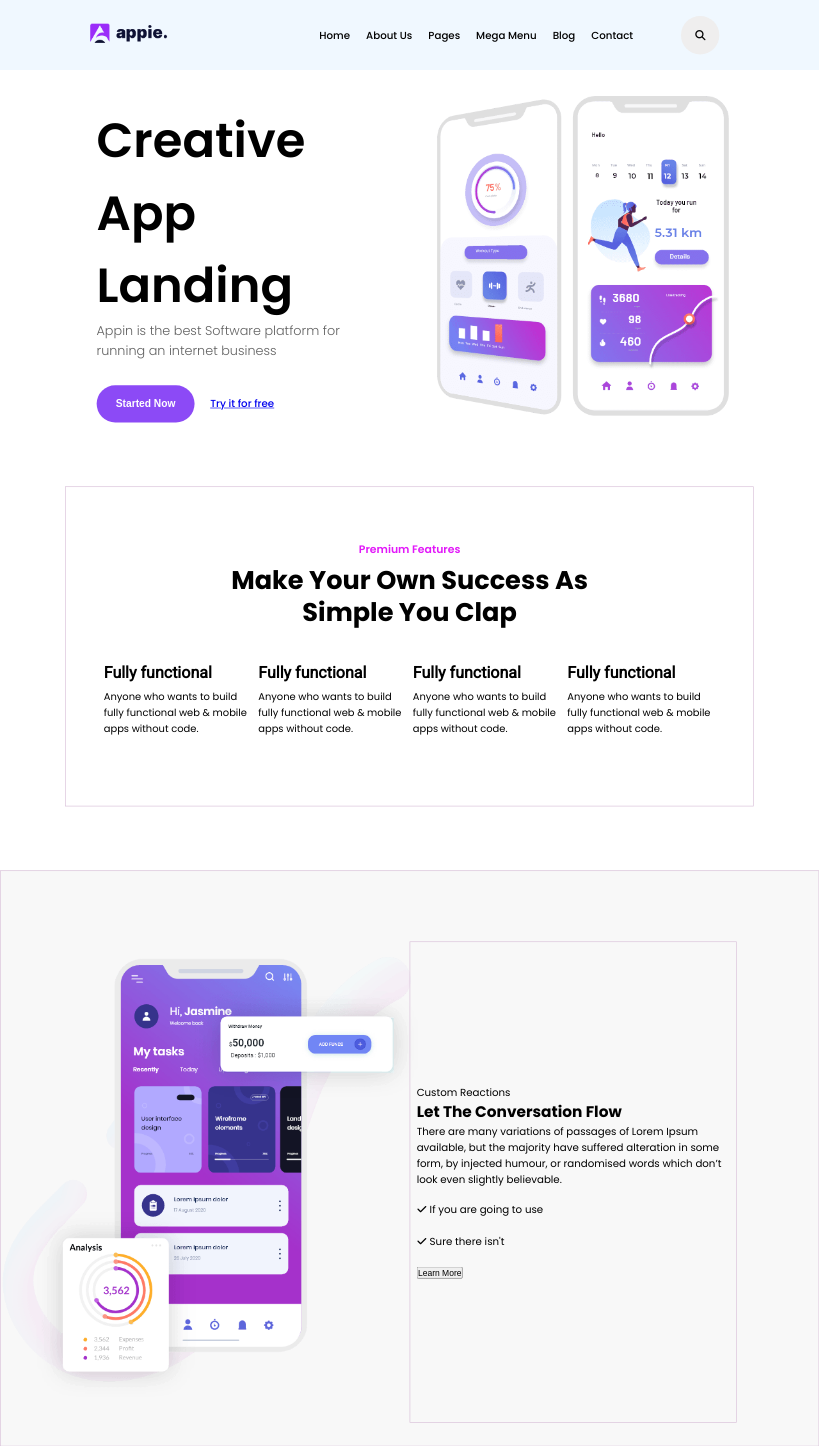
Repository: northpx/landingpage
Page: index.html
An editor plug-in stored every save of this project. The page is shown before and after the next save, followed by the edit.
The browser window is 1280 px wide. The pictures show the whole page, at 64% of full size.

Above is the page before, as saved 2022-12-28 15:45:28.

After the next save:
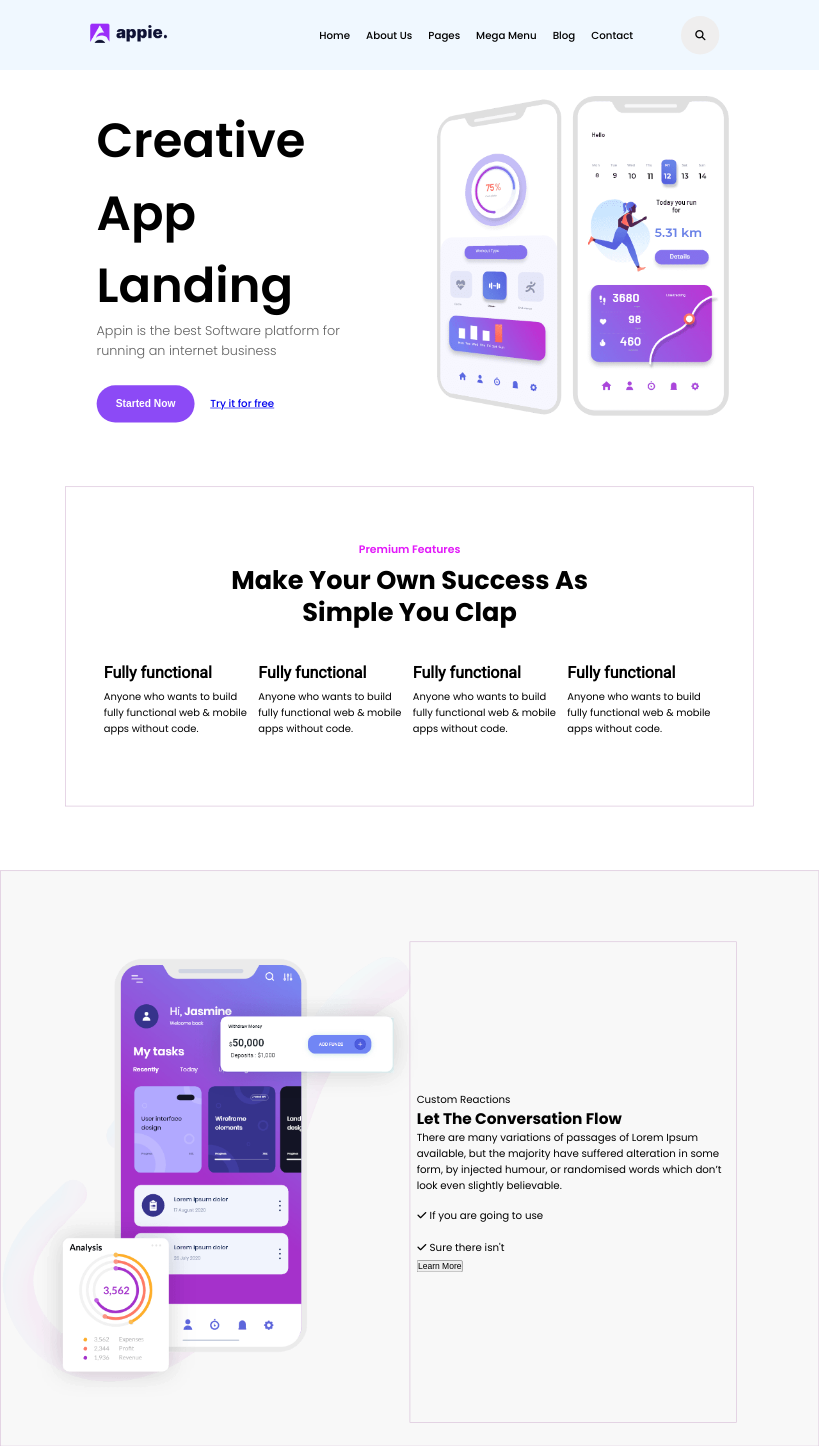
Saved 23 s later.
--- a/src/css/style.css
+++ b/src/css/style.css
@@ -238,6 +238,6 @@ h6{
     list-style-type: none;
     line-height: 30px;
 }
-.content3 li{
+.content3 li:nth-child(1){
     margin: 20px 0;
 }
